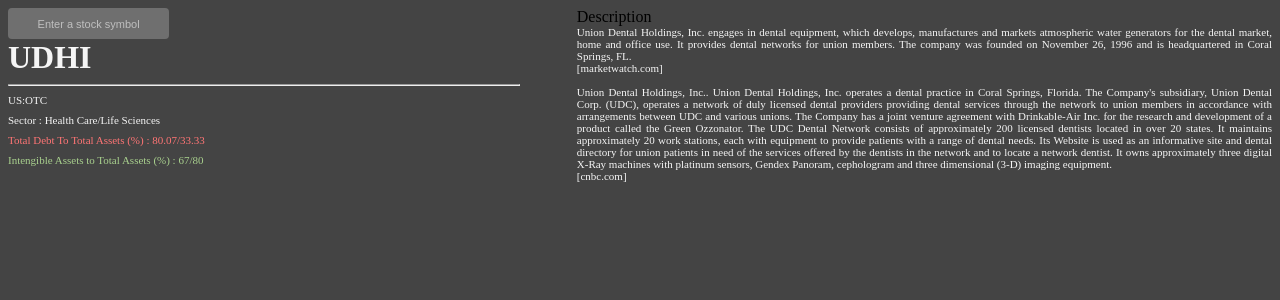
Repository: hadi4172/halal-stock-scanner
Page: popup.html
An editor plug-in stored every save of this project. The page is shown before and after the next save, followed by the edit.
The browser window is 1280 px wide. The pictures show the whole page.

Above is the page before, as saved 2020-09-24 19:57:41.

After the next save:
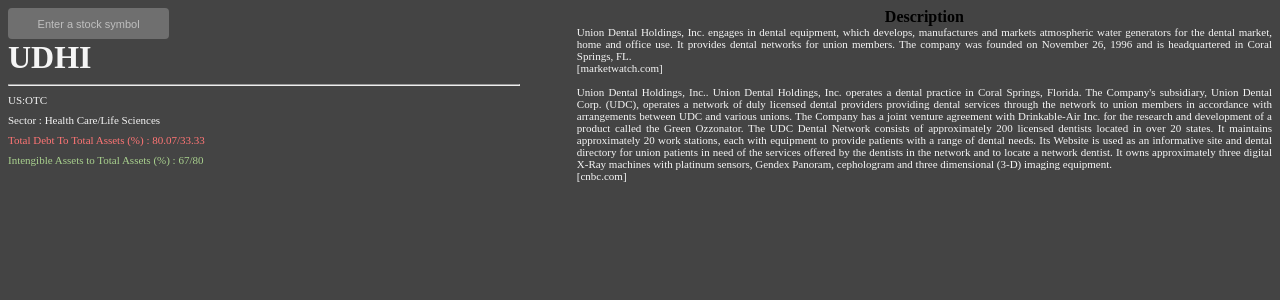
Saved 85 s later.
--- a/popup.css
+++ b/popup.css
@@ -37,6 +37,11 @@
     text-align:justify;
 }
 
+#description-title{
+    text-align: center;
+    font-weight: bold;
+}
+
 #symbol{
     font-size: 2em;
     font-weight: bolder;
